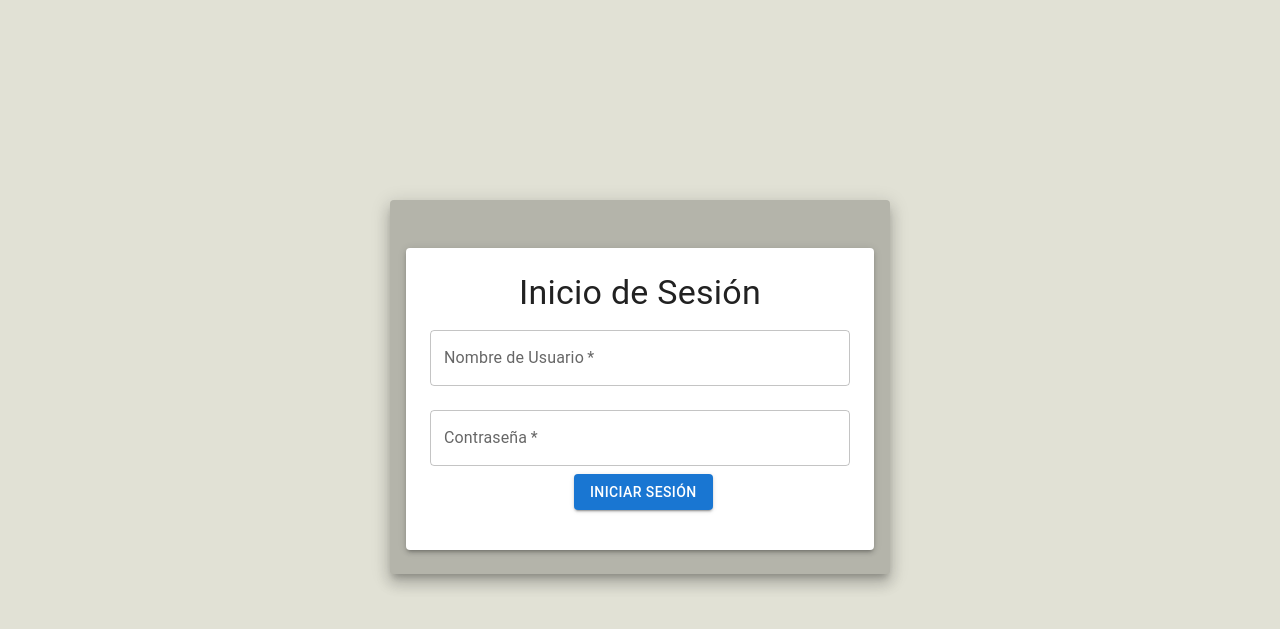
Repository: Mpablom/usuarioCaC-integrador-final-front
Page: /login
The author's editor kept a copy of each file at every save. The page is drawn from the files as they stood at one save, then again after the next save.
The browser window is 1280 px wide. The pictures show the whole page.
The project was rebuilt for these pictures with package versions that can differ from the ones it lists, and the page was loaded fresh each time. Also part of the build but not shown: vite.config.ts, src/components/UsuariosTable.tsx.

Above is the page before, as saved 2024-07-11 00:36:23.

After the next save:
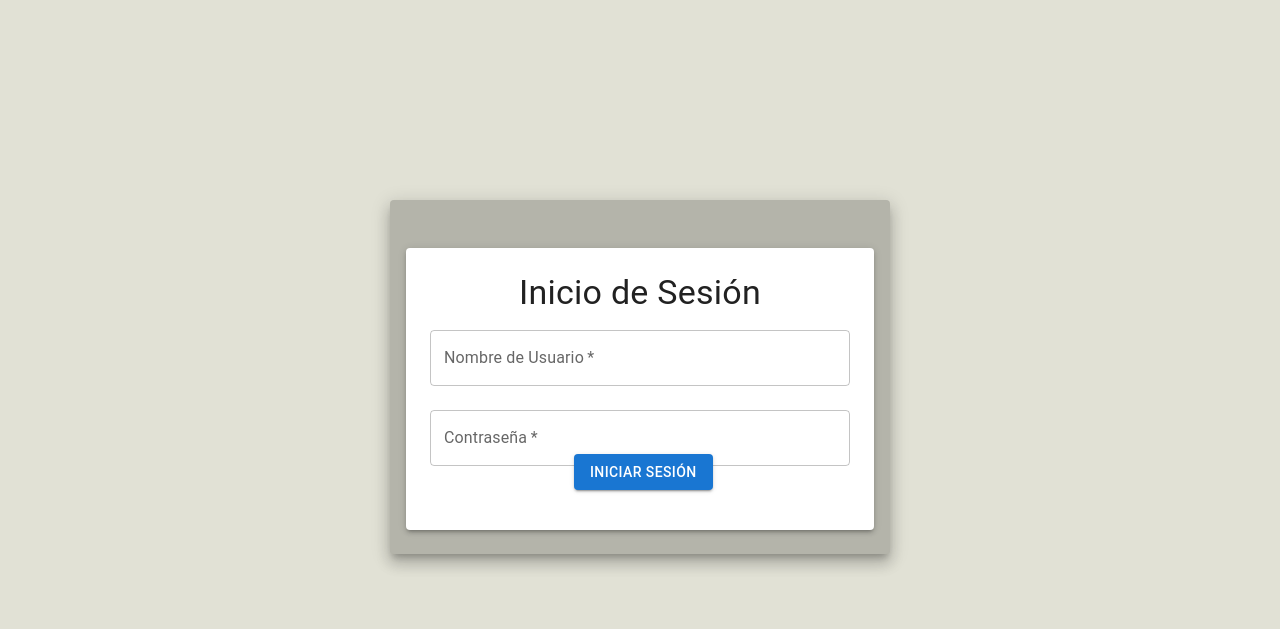
Saved 5 s later.
--- a/src/components/Login.tsx
+++ b/src/components/Login.tsx
@@ -63,7 +63,7 @@ const Login: React.FC = () => {
               value={password}
               onChange={(e) => setPassword(e.target.value)}
               required
-              sx={{maxHeight: 40}}
+              sx={{maxHeight: 20}}
             />
             {error && (
               <Typography color="error" variant="body2">
